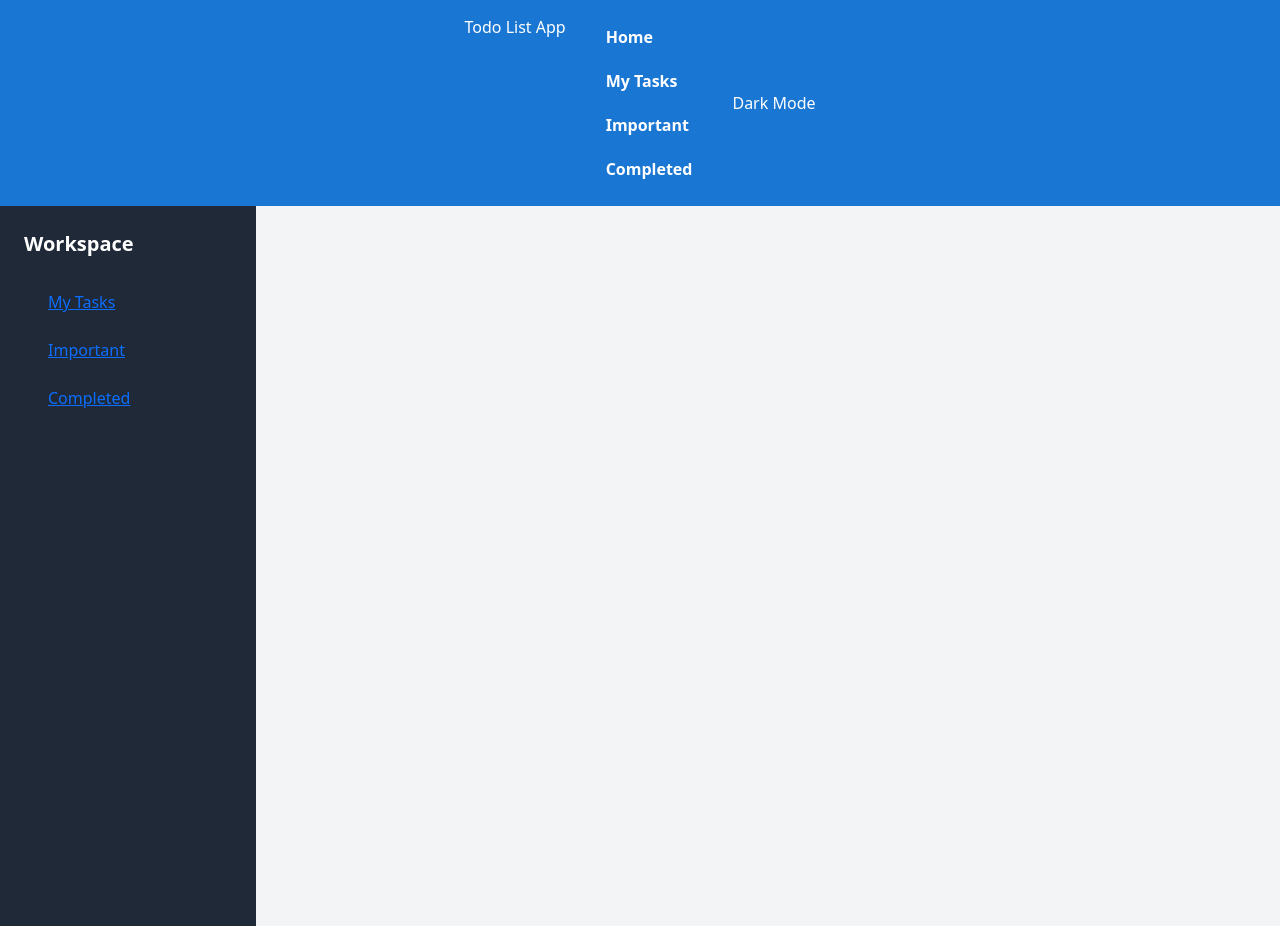
Repository: HPNChanel/Todo-List-Web-App
Page: /workspace (app in frontend/todolist/)
An editor plug-in stored every save of this project. The page is shown before and after the next save, followed by the edit.
The browser window is 1280 px wide. The pictures show the whole page.
The project was rebuilt for these pictures with package versions that can differ from the ones it lists, and the page was loaded fresh each time. Also part of the build but not shown: frontend/todolist/src/workspaces/MyTasks.js, frontend/todolist/src/workspaces/ImportantTasks.js, frontend/todolist/src/workspaces/CompletedTasks.js, frontend/todolist/src/components/TaskItem.js, frontend/todolist/src/components/TaskForm.js, frontend/todolist/src/components/TaskList.js.

Above is the page before, as saved 2024-11-09 11:55:15.

### frontend/todolist/src/App.js
// src/App.js
import React, { useState } from 'react';
import { BrowserRouter as Router, Route, Routes } from 'react-router-dom';
import NavBar from './components/NavBar';
import Workspace from './components/Workspace';
import TaskList from './components/TaskList';
import { TaskProvider } from './contexts/TaskContext';
import { ToastContainer } from 'react-toastify';
import { motion } from 'framer-motion';

function App() {
    const [isDarkMode, setIsDarkMode] = useState(false);

    const toggleDarkMode = () => setIsDarkMode(!isDarkMode);

    return (
        <TaskProvider>
            <Router>
                <ToastContainer position="top-right" autoClose={3000} />
                <motion.div
                    initial={{ opacity: 0 }}
                    animate={{ opacity: 1 }}
                    exit={{ opacity: 0 }}
                    className={`${isDarkMode ? 'dark' : ''}`}
                >
                    <div className={`min-h-screen ${isDarkMode ? 'bg-gray-800 text-gray-100' : 'bg-gray-100 text-gray-900'}`}>
                        <NavBar isDarkMode={isDarkMode} toggleDarkMode={toggleDarkMode} />
                        <Routes>
                            <Route path="/workspace/*" element={<Workspace />} />
                            <Route path="/" element={<TaskList />} />
                        </Routes>
                    </div>
                </motion.div>
            </Router>
        </TaskProvider>
    );
}

export default App;

### frontend/todolist/src/components/NavBar.js
// src/components/NavBar.js
import React from 'react';
import { NavLink } from 'react-router-dom';
import './NavBar.css';

function NavBar({ isDarkMode, toggleDarkMode }) {
    return (
        <div className={`nav-bar ${isDarkMode ? 'bg-gray-900 text-white' : 'bg-blue-600 text-white'}`}>
            <div className="nav-title">Todo List App</div>
            <div className="nav-links">
                <NavLink to="/" exact activeClassName="active" className="nav-link">
                    Home
                </NavLink>
                <NavLink to="/workspace/my-tasks" activeClassName="active" className="nav-link">
                    My Tasks
                </NavLink>
                <NavLink to="/workspace/important" activeClassName="active" className="nav-link">
                    Important
                </NavLink>
                <NavLink to="/workspace/completed" activeClassName="active" className="nav-link">
                    Completed
                </NavLink>
            </div>
            <button onClick={toggleDarkMode} className="dark-mode-toggle">
                {isDarkMode ? 'Light Mode' : 'Dark Mode'}
            </button>
        </div>
    );
}

export default NavBar;

### frontend/todolist/src/components/Workspace.js
// src/components/Workspace.js
import React from 'react';
import { NavLink, Route, Routes } from 'react-router-dom';
import MyTasks from '../workspaces/MyTasks';
import ImportantTasks from '../workspaces/ImportantTasks';
import CompletedTasks from '../workspaces/CompletedTasks';

function Workspace() {
    return (
        <div className="workspace-container flex">
            {/* Thanh điều hướng bên trái */}
            <aside className="workspace-sidebar bg-gray-800 text-white w-1/5 min-h-screen p-4">
                <h2 className="text-xl font-semibold mb-6">Workspace</h2>
                <nav className="workspace-nav">
                    <NavLink to="/workspace/my-tasks" className="block py-2 px-4 mb-2 hover:bg-gray-700 rounded" activeClassName="active">
                        My Tasks
                    </NavLink>
                    <NavLink to="/workspace/important" className="block py-2 px-4 mb-2 hover:bg-gray-700 rounded" activeClassName="active">
                        Important
                    </NavLink>
                    <NavLink to="/workspace/completed" className="block py-2 px-4 mb-2 hover:bg-gray-700 rounded" activeClassName="active">
                        Completed
                    </NavLink>
                </nav>
            </aside>

            {/* Khu vực chính hiển thị task */}
            <main className="workspace-main bg-gray-100 flex-grow p-4">
                <Routes>
                    <Route path="my-tasks" element={<MyTasks />} />
                    <Route path="important" element={<ImportantTasks />} />
                    <Route path="completed" element={<CompletedTasks />} />
                </Routes>
            </main>
        </div>
    );
}

export default Workspace;

### frontend/todolist/src/contexts/TaskContext.js
import React, { createContext, useState, useCallback } from 'react';
import { getTasks, createTask, updateTask, deleteTask } from '../api/TaskApi';

export const TaskContext = createContext();

export const TaskProvider = ({ children }) => {
    const [tasks, setTasks] = useState([]);

    const fetchTasks = useCallback(async (category = '') => {
        const data = await getTasks(category);
        setTasks(data);
    }, []);

    const addTask = async (task) => {
        const newTask = await createTask(task);
        setTasks([...tasks, newTask]);
    };

    const editTask = async (id, updatedTask) => {
        const task = await updateTask(id, updatedTask);
        setTasks(tasks.map((t) => (t.id === task.id ? task : t)));
    };

    const removeTask = async (id) => {
        await deleteTask(id);
        setTasks(tasks.filter((t) => t.id !== id));
    };

    // Hàm toggleComplete để thay đổi trạng thái hoàn thành của task
    const toggleComplete = async (id) => {
        const task = tasks.find((t) => t.id === id);
        if (task) {
            const updatedTask = { ...task, completed: !task.completed };
            await updateTask(id, updatedTask);
            setTasks(tasks.map((t) => (t.id === id ? updatedTask : t)));
        }
    };

    return (
        <TaskContext.Provider value={{ tasks, fetchTasks, addTask, editTask, removeTask, toggleComplete }}>
            {children}
        </TaskContext.Provider>
    );
};

### frontend/todolist/src/styles/NavBar.css
.nav-bar {
  display: flex;
  justify-content: center;
  gap: 20px;
  padding: 15px 0;
  background-color: #1976d2;
  color: white;
}

.nav-bar a {
  color: white;
  text-decoration: none;
  font-weight: bold;
  padding: 10px 20px;
  border-radius: 5px;
  transition: background-color 0.3s ease;
}

.nav-bar a:hover {
  background-color: #0056b3;
}

### frontend/todolist/src/api/TaskApi.js
// src/api/TaskApi.js
import axios from 'axios';

const API_URL = 'http://localhost:8000/tasks/';

export const getTasks = async (category = '') => {
    const url = category ? `${API_URL}?category=${category}` : API_URL;
    const response = await axios.get(url);
    return response.data;
};

export const createTask = async (task) => {
    const response = await axios.post(`${API_URL}create/`, task);
    return response.data;
};

export const updateTask = async (id, task) => {
    const response = await axios.put(`${API_URL}${id}/update/`, task);
    return response.data;
};

export const deleteTask = async (id) => {
    await axios.delete(`${API_URL}${id}/delete/`);
};

### frontend/todolist/tailwind.config.js
// tailwind.config.js
module.exports = {
  content: [
    "./src/**/*.{js,jsx,ts,tsx}",
  ],
  theme: {
    extend: {},
  },
  plugins: [],
  darkMode: 'class', // kích hoạt dark mode bằng class
}

Loaded but not shown: frontend/todolist/public/index.html (common file); frontend/todolist/src/index.js (common file); frontend/todolist/src/index.css (common file)

After the next save:
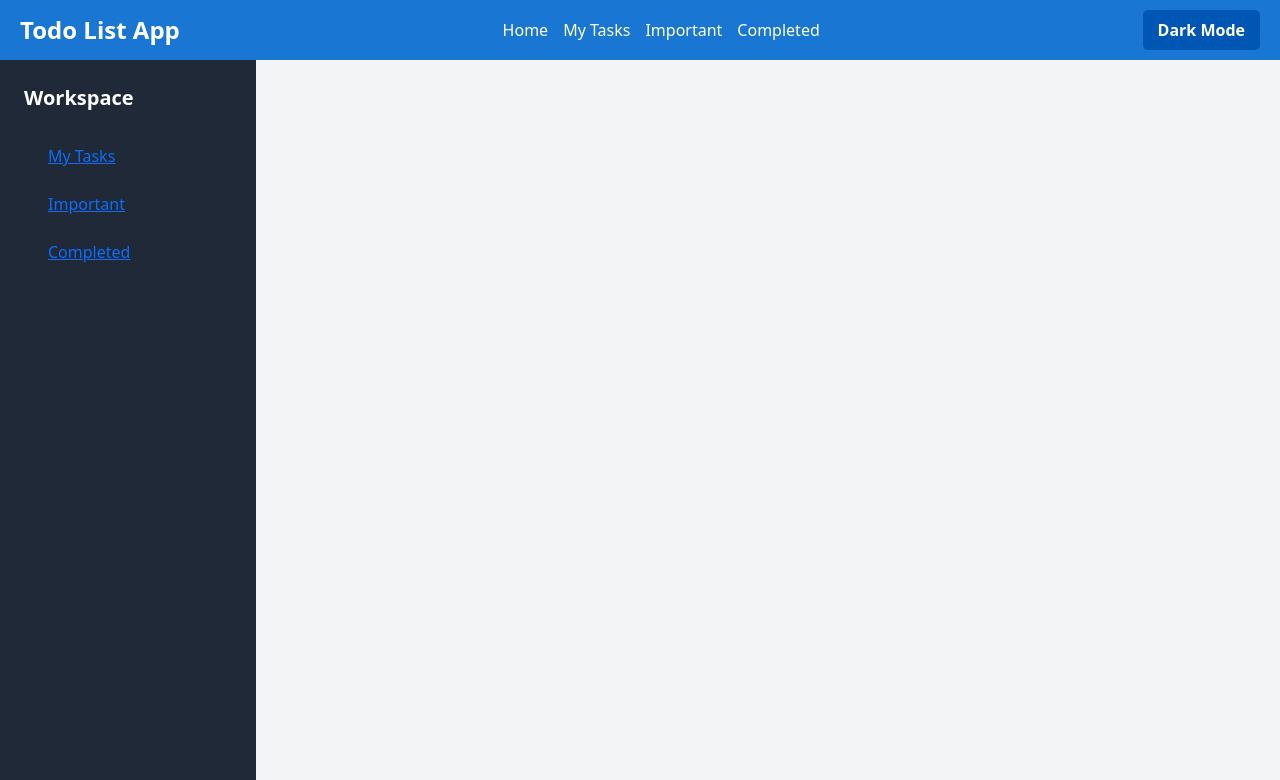
Saved 9 s later.
--- a/frontend/todolist/src/styles/NavBar.css
+++ b/frontend/todolist/src/styles/NavBar.css
@@ -1,21 +1,52 @@
+/* src/components/NavBar.css */
 .nav-bar {
   display: flex;
-  justify-content: center;
-  gap: 20px;
-  padding: 15px 0;
+  justify-content: space-between;
+  align-items: center;
+  padding: 10px 20px;
   background-color: #1976d2;
   color: white;
+  box-shadow: 0 4px 8px rgba(0, 0, 0, 0.2);
 }
 
-.nav-bar a {
+.nav-title {
+  font-size: 1.5rem;
+  font-weight: bold;
+}
+
+.nav-links {
+  display: flex;
+  gap: 15px;
+}
+
+.nav-link {
   color: white;
   text-decoration: none;
   font-weight: bold;
-  padding: 10px 20px;
+  padding: 8px 15px;
   border-radius: 5px;
   transition: background-color 0.3s ease;
 }
 
-.nav-bar a:hover {
+.nav-link:hover {
   background-color: #0056b3;
 }
+
+.nav-link.active {
+  background-color: #003f7f;
+}
+
+.dark-mode-toggle {
+  background-color: #0056b3;
+  color: white;
+  border: none;
+  padding: 8px 15px;
+  border-radius: 5px;
+  font-weight: bold;
+  cursor: pointer;
+  transition: background-color 0.3s ease;
+}
+
+.dark-mode-toggle:hover {
+  background-color: #003f7f;
+}
